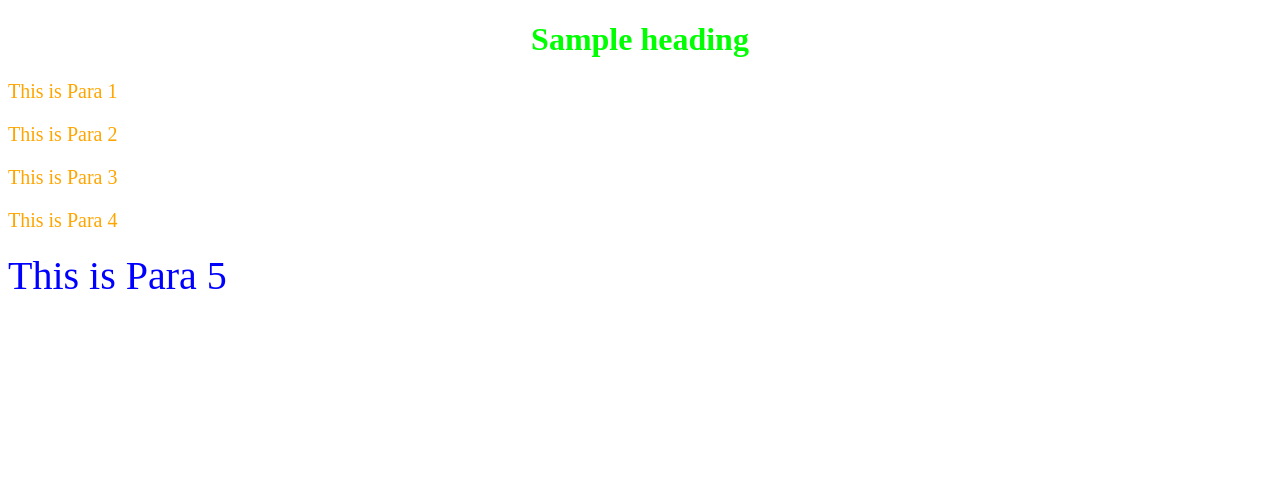
Repository: jbn-aman/wiprobatch1
Page: project/work/html/mywebapp/public/pages/cssdemo.html
An editor plug-in stored every save of this project. The page is shown before and after the next save, followed by the edit.
The browser window is 1280 px wide. The pictures show the whole page.

Above is the page before, as saved 2024-04-01 12:22:36.

After the next save:
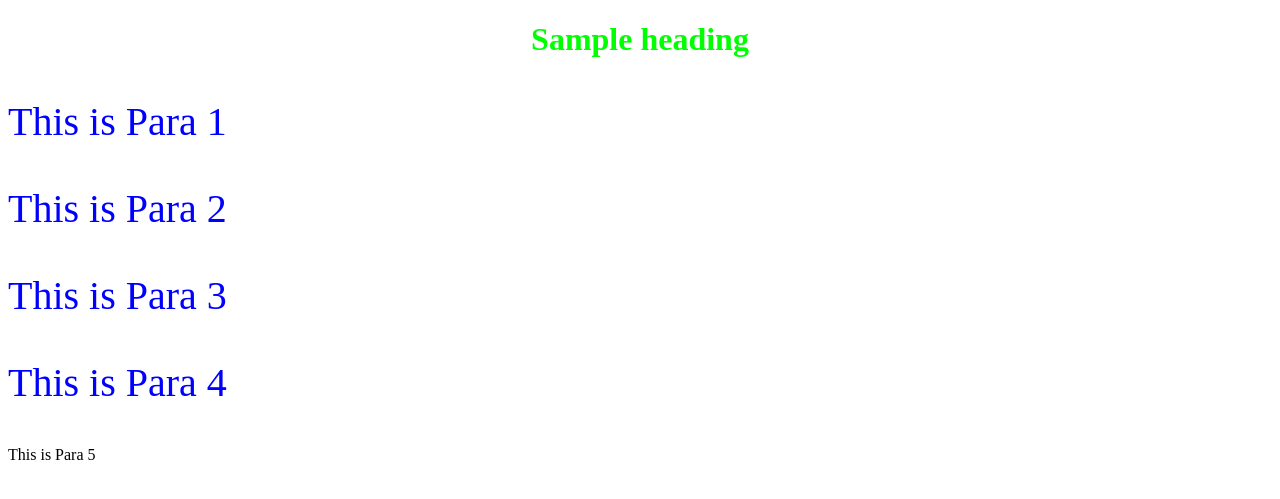
Saved 102 s later.
--- a/project/work/html/mywebapp/public/pages/cssdemo.html
+++ b/project/work/html/mywebapp/public/pages/cssdemo.html
@@ -15,7 +15,7 @@ p {
 	font-size: 20px;
 }
 
-p1 {
+p {
 	color: blue;
 	font-size: 40px
 }
